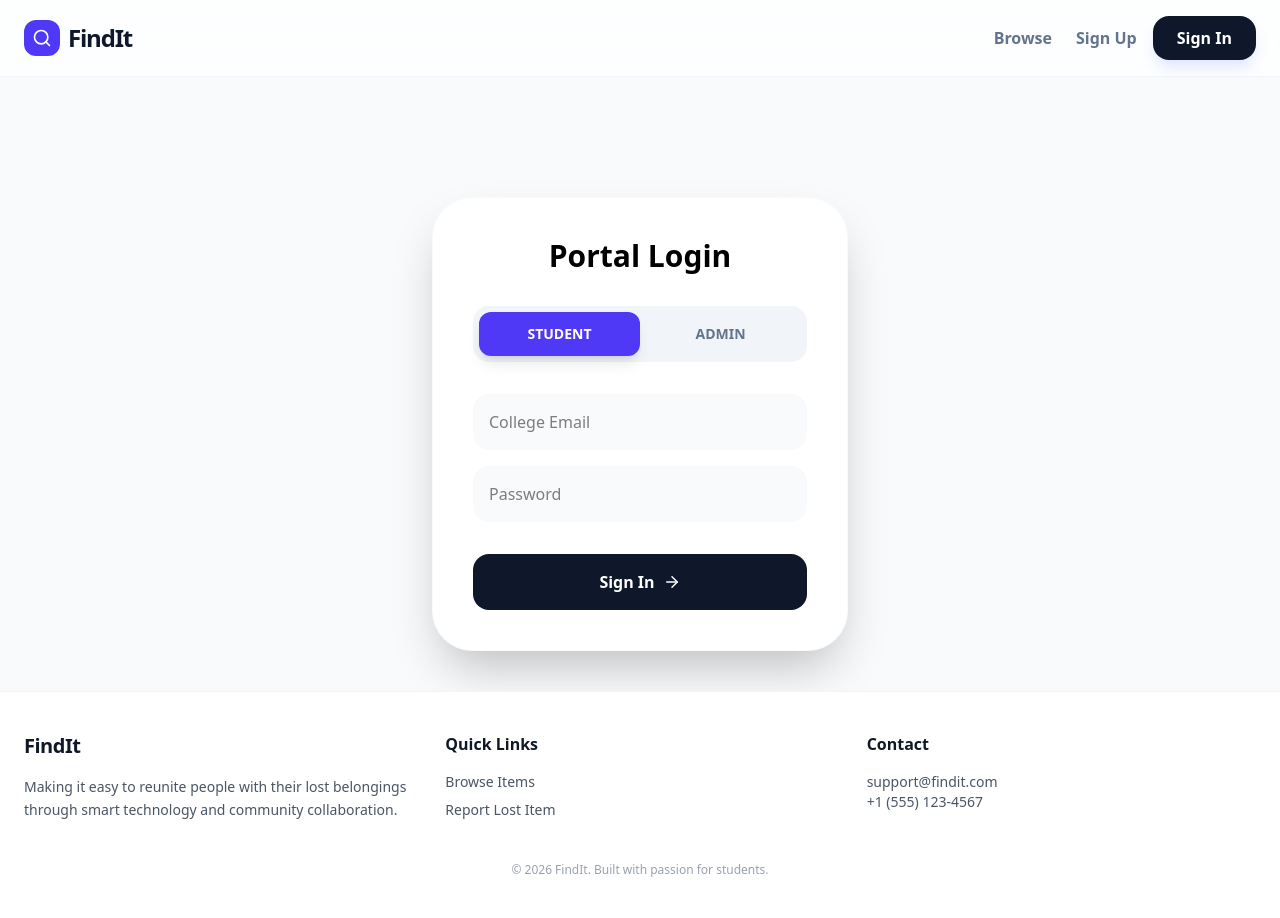
Repository: roygaurav007/lost-and-found
Page: /student-hub (app in Frontend/client/)
An editor plug-in stored every save of this project. The page is shown before and after the next save, followed by the edit.
The browser window is 1280 px wide. The pictures show the whole page.
The project was rebuilt for these pictures with package versions that can differ from the ones it lists, and the page was loaded fresh each time. Also part of the build but not shown: Frontend/client/vite.config.js, Frontend/client/src/pages/Home.jsx, Frontend/client/src/pages/Signup.jsx, Frontend/client/src/utils/formSchemas.js, Frontend/client/src/pages/ReportItem.jsx, Frontend/client/src/pages/BrowseItems.jsx, Frontend/client/src/pages/AdminDashboard.jsx, Frontend/client/src/pages/UserDashboard.jsx.

Above is the page before, as saved 2026-02-04 22:08:15.

After the next save:
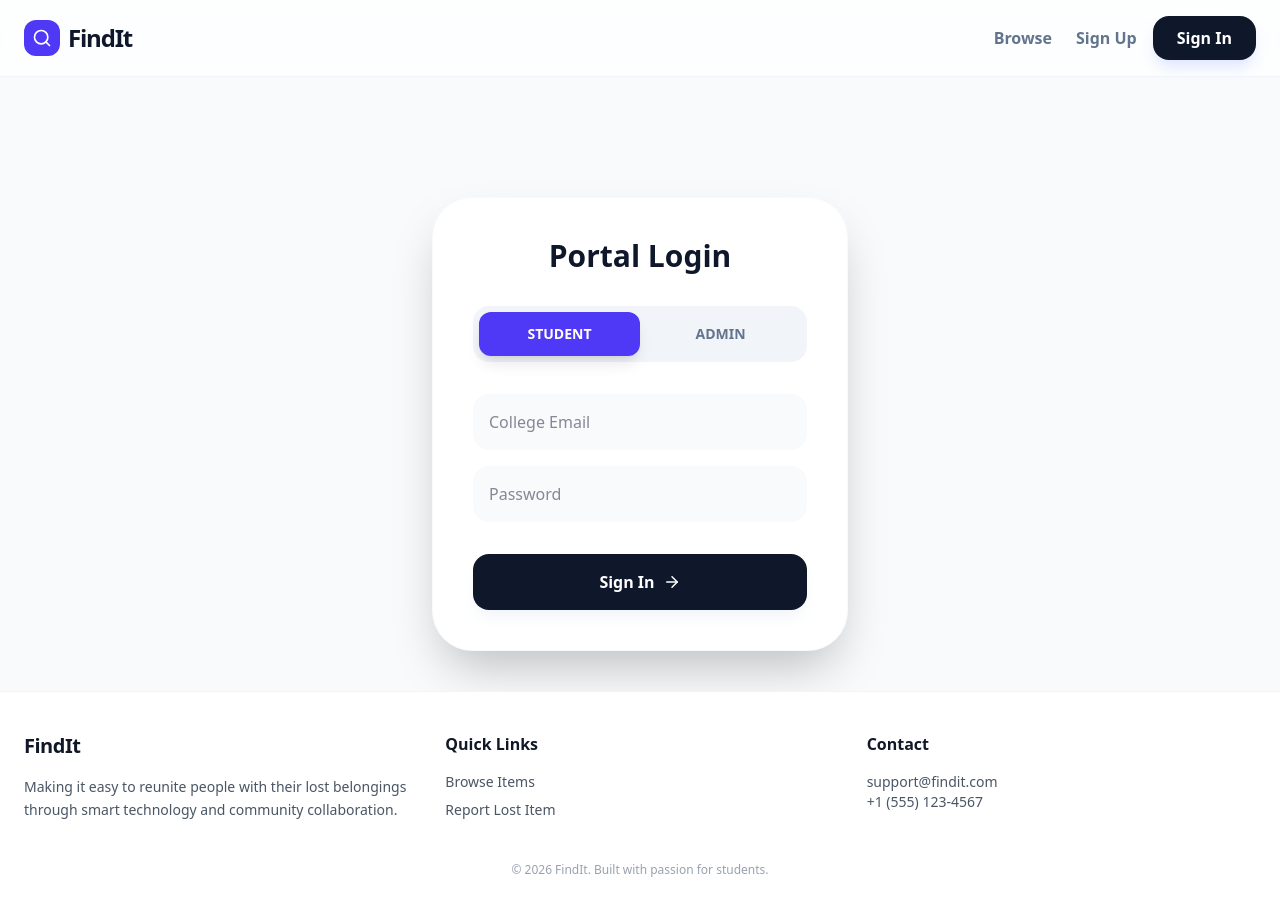
Saved 3 min 6 s later.
--- a/Frontend/client/src/pages/Login.jsx
+++ b/Frontend/client/src/pages/Login.jsx
@@ -6,19 +6,26 @@ import { ArrowRight } from 'lucide-react';
 
 const Login = () => {
   const [role, setRole] = useState('user');
+  const [email, setEmail] = useState(''); // 🆕 Added state for email
+  const [password, setPassword] = useState(''); // 🆕 Added state for password
   const { login } = useAuth();
   const navigate = useNavigate();
 
   const handleLogin = async (e) => {
     e.preventDefault();
-    await login(role);
-    role === 'admin' ? navigate('/admin') : navigate('/student-hub');
+
+    // ✅ Pass email and password along with role
+    const success = await login(email, password, role);
+
+    if (success) {
+      role === 'admin' ? navigate('/admin') : navigate('/student-hub');
+    }
   };
 
   return (
     <div className="max-w-md mx-auto mt-20 px-4">
       <motion.div initial={{ opacity: 0, scale: 0.9 }} animate={{ opacity: 1, scale: 1 }} className="bg-white p-10 rounded-[2.5rem] shadow-2xl border border-slate-50">
-        <h2 className="text-3xl font-black text-center mb-8">Portal Login</h2>
+        <h2 className="text-3xl font-black text-center mb-8 text-slate-900">Portal Login</h2>
 
         <div className="flex bg-slate-100 p-1.5 rounded-2xl mb-8 relative">
           <motion.div
@@ -30,9 +37,23 @@ const Login = () => {
         </div>
 
         <form onSubmit={handleLogin} className="space-y-4">
-          <input type="email" placeholder="College Email" className="w-full p-4 bg-slate-50 rounded-2xl outline-none focus:ring-2 focus:ring-indigo-500" required />
-          <input type="password" placeholder="Password" className="w-full p-4 bg-slate-50 rounded-2xl outline-none focus:ring-2 focus:ring-indigo-500" required />
-          <button type="submit" className="w-full bg-slate-900 text-white py-4 rounded-2xl font-black flex items-center justify-center gap-2 hover:bg-indigo-600 transition mt-4">
+          <input
+            type="email"
+            placeholder="College Email"
+            value={email}
+            onChange={(e) => setEmail(e.target.value)} // 🆕 Track email input
+            className="w-full p-4 bg-slate-50 rounded-2xl outline-none focus:ring-2 focus:ring-indigo-500 text-slate-900"
+            required
+          />
+          <input
+            type="password"
+            placeholder="Password"
+            value={password}
+            onChange={(e) => setPassword(e.target.value)} // 🆕 Track password input
+            className="w-full p-4 bg-slate-50 rounded-2xl outline-none focus:ring-2 focus:ring-indigo-500 text-slate-900"
+            required
+          />
+          <button type="submit" className="w-full bg-slate-900 text-white py-4 rounded-2xl font-black flex items-center justify-center gap-2 hover:bg-indigo-600 transition mt-4 shadow-lg shadow-slate-100">
             Sign In <ArrowRight size={18} />
           </button>
         </form>
